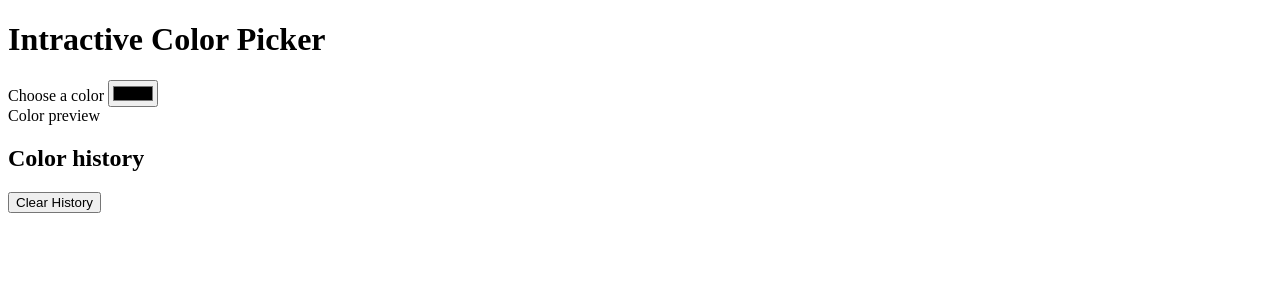
Repository: jamalissef-glitch/exercise1-JS
Page: Exeercise37/index.html
An editor plug-in stored every save of this project. The page is shown before and after the next save, followed by the edit.
The browser window is 1280 px wide. The pictures show the whole page.

Above is the page before, as saved 2026-07-15 17:18:28.

### Exeercise37/index.html
<!DOCTYPE html>
<html lang="en">

<head>
 <meta charset="UTF-8">
 <meta name="viewport" content="width=device-width, initial-scale=1.0">
 <title>Exercise Color Picker</title>
</head>

<body>
 <h1>Intractive Color Picker</h1>
 <label for="colorPicker">Choose a color</label>
 <input type="color" id="colorPicker">
 <div id="colorPreview">Color preview</div>

 <h2>Color history</h2>
 <ul id="colorHistory"></ul>
 <button id="clearHistoryButton">Clear History</button>

 <script src="./main.js"></script>
</body>

</html>

### Exeercise37/main.js

const colorPicker = document.querySelector("#colorPicker");
const colorPreview = document.querySelector("#colorPreview");
const colorHistory = document.querySelector("#colorHistory");
const colorHistoryButton = document.querySelector("#colorHistoryButton");

After the next save:
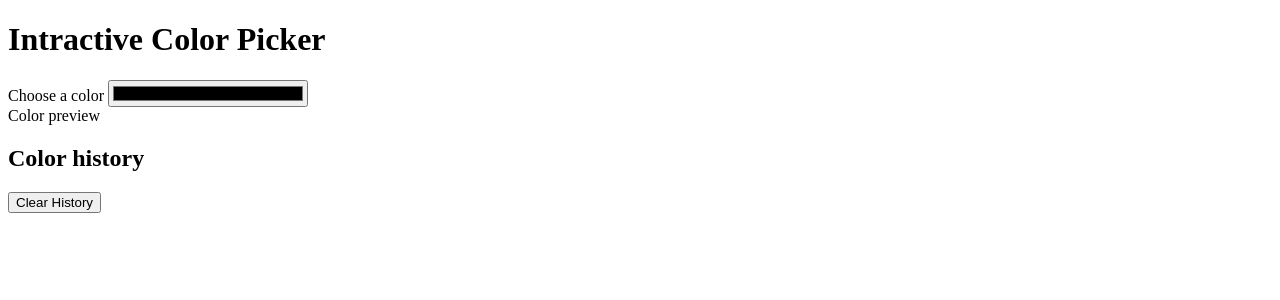
Saved 39 s later.
--- a/Exeercise37/index.html
+++ b/Exeercise37/index.html
@@ -6,6 +6,11 @@
  <meta name="viewport" content="width=device-width, initial-scale=1.0">
  <title>Exercise Color Picker</title>
 </head>
+<style>
+ #colorPicker {
+  width: 200px;
+ }
+</style>
 
 <body>
  <h1>Intractive Color Picker</h1>

After the save that followed:
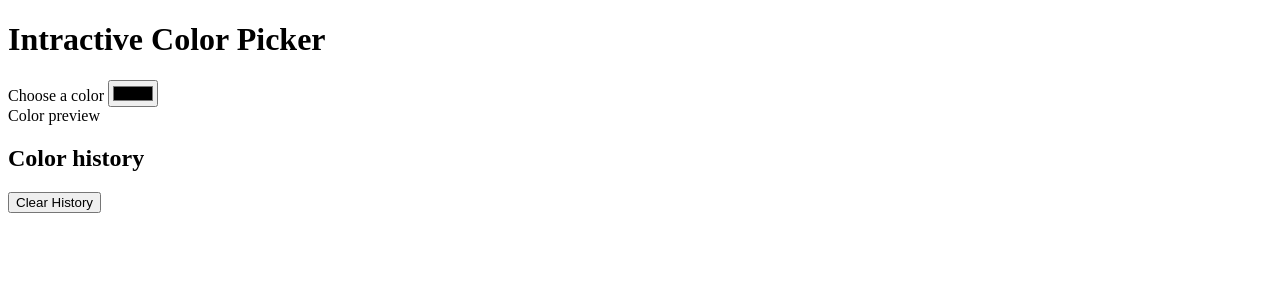
Saved 14 s later.
--- a/Exeercise37/index.html
+++ b/Exeercise37/index.html
@@ -7,9 +7,7 @@
  <title>Exercise Color Picker</title>
 </head>
 <style>
- #colorPicker {
-  width: 200px;
- }
+ #colorPicker {}
 </style>
 
 <body>
